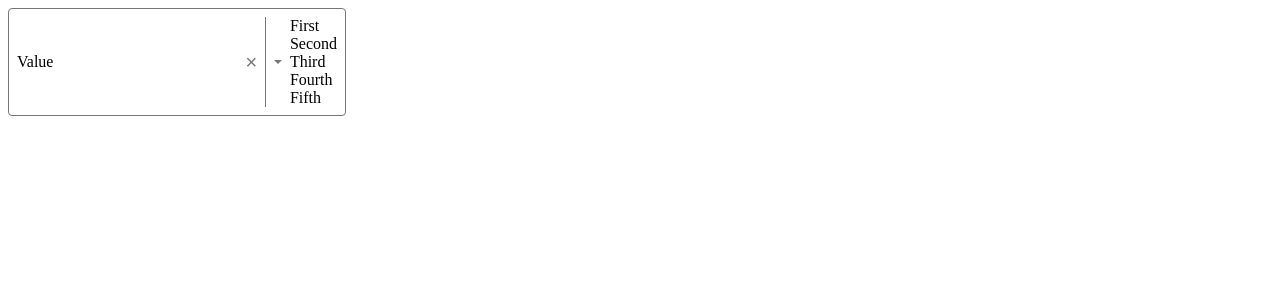
Repository: csabbah/ts-react-custom-select
Page: /
An editor plug-in stored every save of this project. The page is shown before and after the next save, followed by the edit.
The browser window is 1280 px wide. The pictures show the whole page.
The project was rebuilt for these pictures with package versions that can differ from the ones it lists, and the page was loaded fresh each time. Also part of the build but not shown: vite.config.ts.

Above is the page before, as saved 2022-12-24 11:59:01.

After the next save:
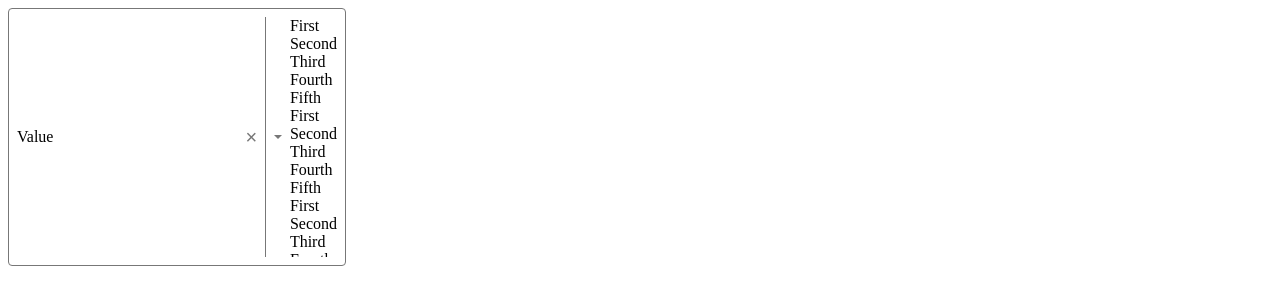
Saved 10 s later.
--- a/src/App.tsx
+++ b/src/App.tsx
@@ -1,6 +1,36 @@
 import { Select } from "./Select";
 
 const options = [
+  { label: "First", value: 1 },
+  { label: "Second", value: 2 },
+  { label: "Third", value: 3 },
+  { label: "Fourth", value: 4 },
+  { label: "Fifth", value: 5 },
+  { label: "First", value: 1 },
+  { label: "Second", value: 2 },
+  { label: "Third", value: 3 },
+  { label: "Fourth", value: 4 },
+  { label: "Fifth", value: 5 },
+  { label: "First", value: 1 },
+  { label: "Second", value: 2 },
+  { label: "Third", value: 3 },
+  { label: "Fourth", value: 4 },
+  { label: "Fifth", value: 5 },
+  { label: "First", value: 1 },
+  { label: "Second", value: 2 },
+  { label: "Third", value: 3 },
+  { label: "Fourth", value: 4 },
+  { label: "Fifth", value: 5 },
+  { label: "First", value: 1 },
+  { label: "Second", value: 2 },
+  { label: "Third", value: 3 },
+  { label: "Fourth", value: 4 },
+  { label: "Fifth", value: 5 },
+  { label: "First", value: 1 },
+  { label: "Second", value: 2 },
+  { label: "Third", value: 3 },
+  { label: "Fourth", value: 4 },
+  { label: "Fifth", value: 5 },
   { label: "First", value: 1 },
   { label: "Second", value: 2 },
   { label: "Third", value: 3 },

After the 2 saves that followed:
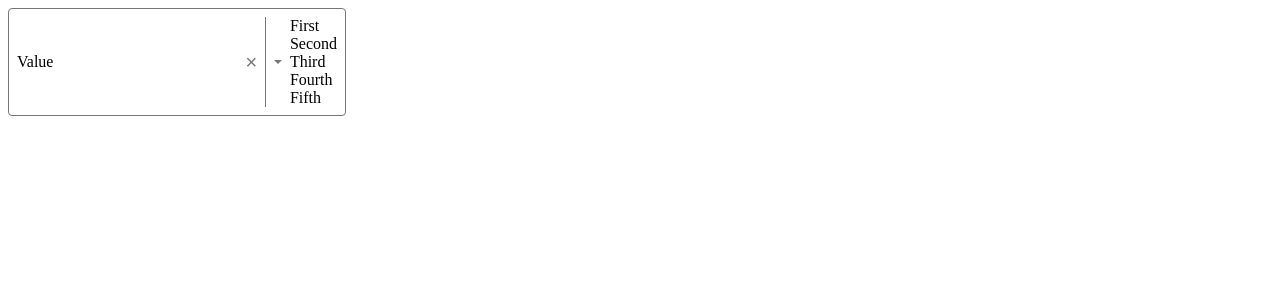
The 2 saves are shown as one change because they came seconds apart.
The last was saved 6 s later.
--- a/src/App.tsx
+++ b/src/App.tsx
@@ -1,36 +1,6 @@
 import { Select } from "./Select";
 
 const options = [
-  { label: "First", value: 1 },
-  { label: "Second", value: 2 },
-  { label: "Third", value: 3 },
-  { label: "Fourth", value: 4 },
-  { label: "Fifth", value: 5 },
-  { label: "First", value: 1 },
-  { label: "Second", value: 2 },
-  { label: "Third", value: 3 },
-  { label: "Fourth", value: 4 },
-  { label: "Fifth", value: 5 },
-  { label: "First", value: 1 },
-  { label: "Second", value: 2 },
-  { label: "Third", value: 3 },
-  { label: "Fourth", value: 4 },
-  { label: "Fifth", value: 5 },
-  { label: "First", value: 1 },
-  { label: "Second", value: 2 },
-  { label: "Third", value: 3 },
-  { label: "Fourth", value: 4 },
-  { label: "Fifth", value: 5 },
-  { label: "First", value: 1 },
-  { label: "Second", value: 2 },
-  { label: "Third", value: 3 },
-  { label: "Fourth", value: 4 },
-  { label: "Fifth", value: 5 },
-  { label: "First", value: 1 },
-  { label: "Second", value: 2 },
-  { label: "Third", value: 3 },
-  { label: "Fourth", value: 4 },
-  { label: "Fifth", value: 5 },
   { label: "First", value: 1 },
   { label: "Second", value: 2 },
   { label: "Third", value: 3 },
